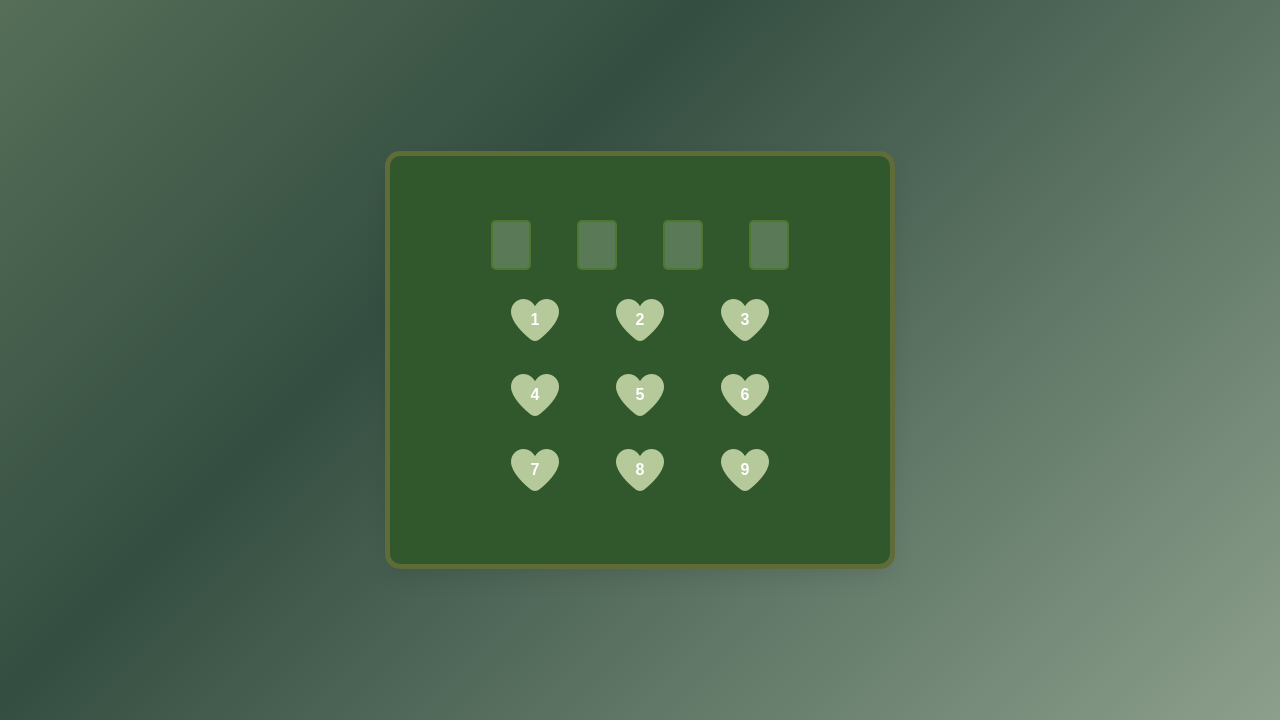
Repository: jahatesu/project-cutie
Page: index.html
The author's editor kept a copy of each file at every save. The page is drawn from the files as they stood at one save, then again after the next save.
The browser window is 1280 px wide. The pictures show the whole page.
Some web libraries are served in a nearby version.

Above is the page before, as saved 2025-08-14 23:50:00.
Console error: TypeError: Cannot read properties of null (reading 'getBoundingClientRect')

### index.html
<!DOCTYPE html>
<html lang="en">
<head>
    <meta charset="UTF-8"
    meta http-equiv="X-UA-Compatible" content="IE=edge">
    <meta name="viewport" content="width=device-width, initial-scale=1.0">
    <title>idk yet</title>
    <link rel="stylesheet" href="https://cdnjs.cloudflare.com/ajax/libs/font-awesome/7.0.0/css/all.min.css">
    <link rel="stylesheet" href="style.css">
</head>

<body>
    <div class="wrapper">
        <!-- <i class="fa-solid fa-heart"></i>
        <h2 class="question">Do you wanna see why I think you’re the cutest?</h2>
        <div class="btn-group">
            <button class="btn-yes">Yes</button>
            <button class="btn-no">No</button>
        </div> -->

        <!-- PIN DISPLAY -->
         <div class="pin-display">
            <div class="pin-box"></div>
            <div class="pin-box"></div>
            <div class="pin-box"></div>
            <div class="pin-box"></div>
         </div>

         <!-- HEART BUTTONS -->
         <div class="heart-pad">
            <button data-num="1"><i class="fa-solid fa-heart"></i><span>1</span></button>
            <button data-num="2"><i class="fa-solid fa-heart"></i><span>2</span></button>
            <button data-num="3"><i class="fa-solid fa-heart"></i><span>3</span></button>
            <button data-num="4"><i class="fa-solid fa-heart"></i><span>4</span></button>
            <button data-num="5"><i class="fa-solid fa-heart"></i><span>5</span></button>
            <button data-num="6"><i class="fa-solid fa-heart"></i><span>6</span></button>
            <button data-num="7"><i class="fa-solid fa-heart"></i><span>7</span></button>
            <button data-num="8"><i class="fa-solid fa-heart"></i><span>8</span></button>
            <button data-num="9"><i class="fa-solid fa-heart"></i><span>9</span></button>

        </div>
    </div>

    <script src="script.js"></script>


</body>
</html>

### style.css
:root{
    --bg1:#e9f5db;
    --bg2:#90a955;
    --accent:#b5c99a;
    --ink:#232323;
    --splash-duration: 2600ms;
  }

*{
    margin: 0;
    padding: 0;
    box-sizing: border-box;
}

html, body {
    display: flex;
    justify-content: center;
    align-items: center;
    min-height: 100vh;
  width: 100%;
  height:100%;
}

body {
    background: linear-gradient(-45deg, #e9f5db, #344e41, #b5c99a, #23d5ab);
    background-size: 400% 400%;
    animation: gradient 15s ease infinite;
}

@keyframes gradient {
    0% {
        background-position: 0% 50%;
    }
    50% {
        background-position: 100% 50%;
    }
    100% {
        background-position: 0% 50%;
    }
}
.wrapper{
    position: relative;
    width: 90%;
    padding: 5%;
    max-width: 500px;
    margin: 50px 50px;
    height: fit-content;
    /* max-height: 50%; */
    background: #31572c;
    border-radius: 10px;
    display: flex;
    justify-content: center;
    align-items: center;
    box-shadow: 0 10px 25px rgba(0,0,0,0.1);
    flex-direction: column;
    text-align: center;
    outline: 5px solid #606c38;
}

.pin-display{
  display: flex;
  justify-content: space-between;
  margin-bottom: 20px;
  width: 80%;
}

.pin-box{
  width: clamp(30px, 9vw, 40px);
  height: clamp(30px, 9vw, 50px);
  border: 2px solid #4f772d;
  border-radius: 5px;
  background: rgba(255,255,255,0.2);

   display: flex;           /* center content */
  justify-content: center; /* horizontal center */
  align-items: center;     /* vertical center */

  font-size: 1.5rem;       /* size of entered number */
  font-weight: bold;       /* make number bold */
  color: #1b4332;             /* number color */
  text-align: center;      /* center text */
}

.heart-pad {
  display: grid;
  grid-template-columns: repeat(3, 1fr);
  gap: 15px;
  width: 100%;
  max-width: 300px;
  justify-items: center;
  margin: 0 auto;
}

.heart-pad button {
  position: relative;
  width: 60px;
  height: 60px;
  background: none;        /* remove default button background */
  border: none;
  cursor: pointer;
  font-size: 1rem;
  color: white;
  display: flex;
  justify-content: center;
  align-items: center;
  outline: 4px solid transparent; /* outline for focus state */
  transition: outline-color 0.3s ease;
}


.heart-pad i {
  position: absolute;      /* behind the number */
  font-size: 3rem;         /* heart size */
  color: #b5c99a;          /* heart color */
  z-index: 0;
}

.heart-pad button span {
  position: relative;
  z-index: 1;              /* number above the heart */
  font-weight: bold;
}


/* .wrapper i {
  font-size: 50px;
  margin-bottom: 10px;
  color: #e9f5db;
}

i{
    font-size:7.5em;
    color: #e9f5db;
    border: 5px solid transparent;
}

h2{
    font-size: 2em;
    color: #e9f5db;
    margin: 15px 0;
}
@media (max-width: 600px) {
  .h2 {
    font-size: 1.2rem;
  }
}

.btn-group{
    width: 100%;
    height: 40px;
    display: flex;
    justify-content: center;
    margin-top: 15px;
}

button {
    position: absolute;
    width: 150px;
    height: inherit;
    font-size: 1.2em;
    color: #e9f5db;
    font-weight: 600;
    border-radius: 30px;
    border: 2px solid #4f772d;
    cursor: pointer;
    box-shadow: 0 5px 15px rgba(0,0,0,0.3);
}

button:nth-child(1){
    margin-left: -200px;
    background: #4f772d;
    color: #b5c99a;
}

button:nth-child(2){
    margin-right: -200px;
    color: #b5c99a;
}

@media (max-width: 400px) {
  .question {
    font-size: 5vw;
  }
  button {
    font-size: 4vw;
  }
} */

### script.js
const wrapper = document.querySelector(".wrapper");
const question = document.querySelector(".question");
const yesBtn = document.querySelector(".btn-yes");
const noBtn = document.querySelector(".btn-no");

const pinBoxes = document.querySelectorAll('.pin-box');
const buttons = document.querySelectorAll('.heart-pad button');
let pin = [];

buttons.forEach(btn => {
  btn.addEventListener('click', () => {
    if (pin.length < 4) {
      pin.push(btn.dataset.num);
      pinBoxes[pin.length - 1].textContent = btn.dataset.num; // show number
    }
  });
});

const wrapperRect = wrapper.getBoundingClientRect();
const noBtnRect = noBtn.getBoundingClientRect();

noBtn.addEventListener('mouseover', () => {
    const i = Math.floor(Math.random() * (wrapperRect.width - noBtnRect.width));
    const j = Math.floor(Math.random() * (wrapperRect.height - noBtnRect.height));
    noBtn.style.left = i + "px";
    noBtn.style.top = j + "px";
})

After the next save:
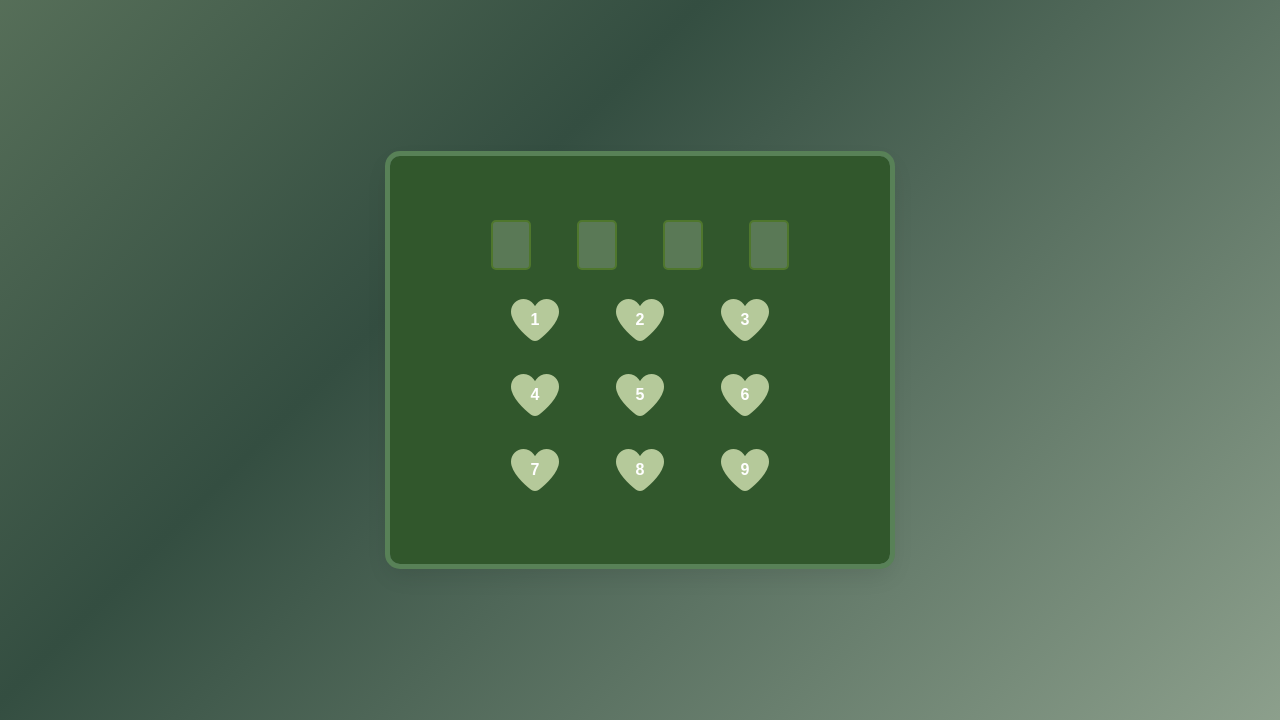
Saved 13 s later.
--- a/style.css
+++ b/style.css
@@ -54,7 +54,7 @@ body {
     box-shadow: 0 10px 25px rgba(0,0,0,0.1);
     flex-direction: column;
     text-align: center;
-    outline: 5px solid #606c38;
+    outline: 5px solid #588157;
 }
 
 .pin-display{
